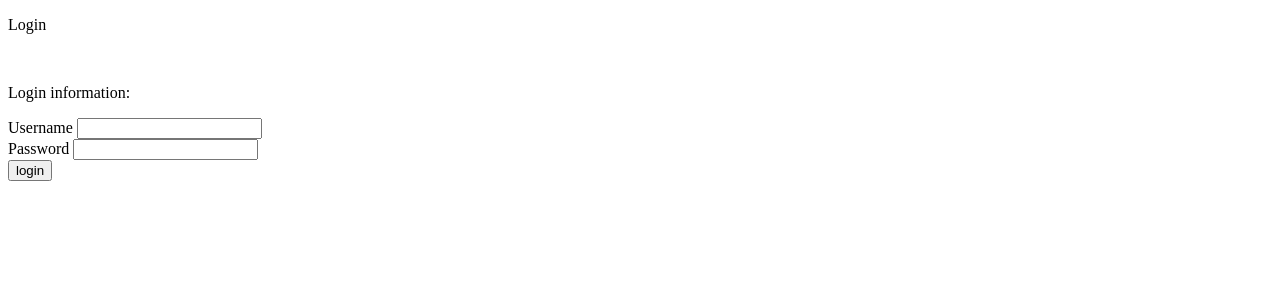
Repository: rachelmelo/ADC-2022-Avalia-o-Individual
Page: FirstWebApp/src/main/webapp/login.html
An editor plug-in stored every save of this project. The page is shown before and after the next save, followed by the edit.
The browser window is 1280 px wide. The pictures show the whole page.

Above is the page before, as saved 2022-04-03 22:12:26.

After the next save:
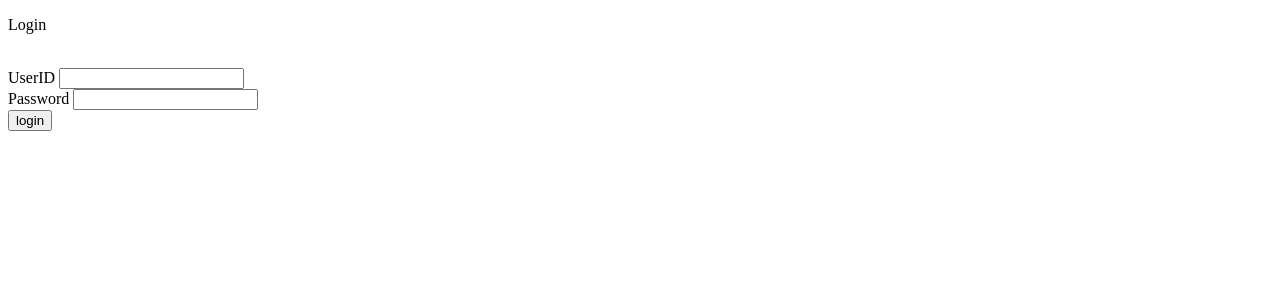
Console error: SyntaxError: Unexpected token ')'
Saved 4 min 18 s later.
--- a/FirstWebApp/src/main/webapp/login.html
+++ b/FirstWebApp/src/main/webapp/login.html
@@ -6,17 +6,15 @@
   </head>
 <script>
     xmlhttp = new XMLHttpRequest();
-    let token;
-    function getData(){
+    function sendRequest(){
         xmlhttp.onreadystatechange = function (){
-            if(xmlhttp.readyState == 4){
-                token = xmlhttp.responseText;
+            if(xmlhttp.readyState == 4 && xmlhttp.){
                 alert(token);
             }
         }
-        var myObj = {   username:document.getElementById("username").value,
-            password:document.getElementById("password").value};
-        var myJson = JSON.stringify(myObj);
+
+        let obj = {   username:document.getElementById("userId").value, password:document.getElementById("pwd").value};
+        let json = JSON.stringify(myObj);
 
 
         xmlhttp.open("POST", "https://applied-terrain-344017.appspot.com/rest/ti/login", true);
@@ -31,15 +29,14 @@
 <p>Login</p>
 
 <br>
-<p>Login information:</p>
-<label>Username</label>
-<input type="text" id="username">
+<label>UserID</label>
+<input type="text" id="userId">
 
 <br>
 <label>Password</label>
-<input type="password" id="password">
+<input type="password" id="pwd">
 
 <br>
-<input type="button" value="login" onclick="getData();"/>
+<input type="button" value="login" onclick="sendRequest();"/>
   </body>
 </html>
